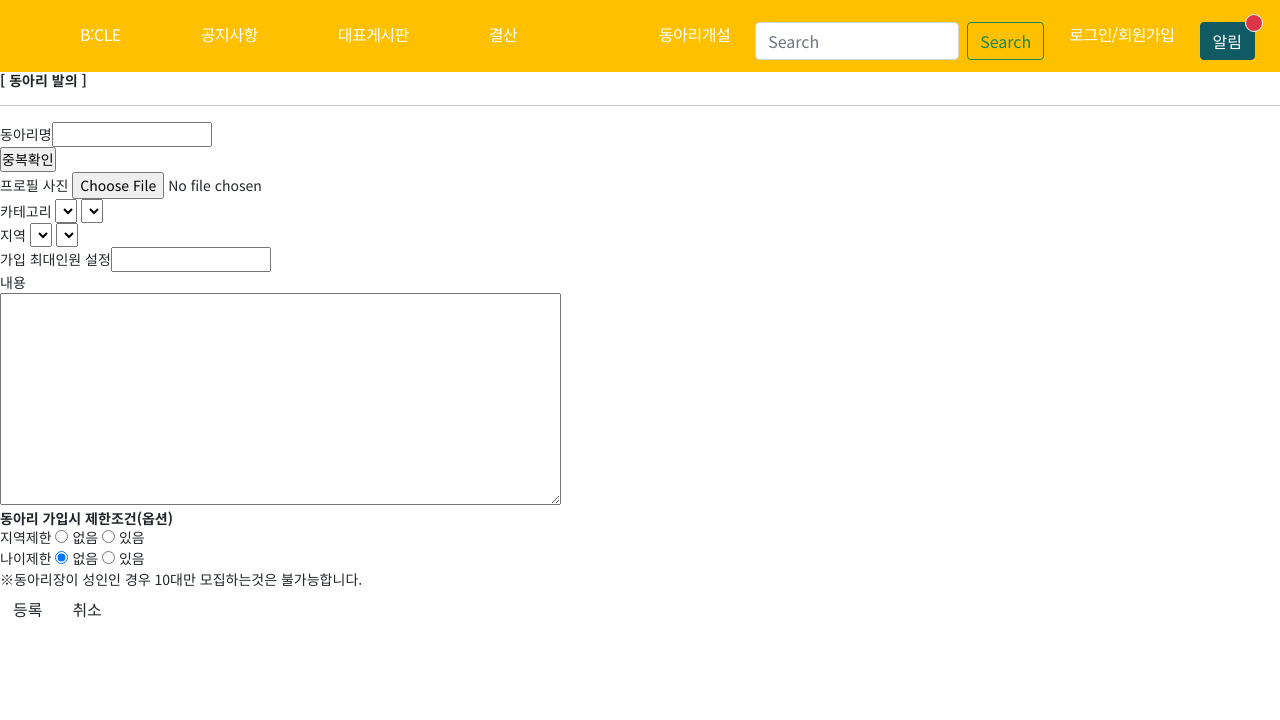
Repository: CHAEYUN7074/SpringProject
Page: http://localhost/viewpages/WEB-INF/view/PreClubUpdateForm.jsp
These files come from the project's save history. The page is drawn as it stood at one moment and after the next save; the edit follows.
The browser window is 1280 px wide. The pictures show the whole page.
Some web fonts or font styles are not loaded; a fallback is used. The page is served by Tomcat 9. Nobody is signed in. Other server files are loaded and not shown. The template is opened directly, without the code that normally fills it, so the values that code supplies are empty.

Above is the page before, as saved 2021-12-27 14:17:59.

### viewpages/WebContent/WEB-INF/view/PreClubUpdateForm.jsp
<%@ page contentType="text/html; charset=UTF-8"%>
<%@ taglib prefix="c" uri="http://java.sun.com/jsp/jstl/core"%>
<%
   request.setCharacterEncoding("UTF-8");
String cp = request.getContextPath();
%>
<!DOCTYPE html>
<html>
<head>
<meta charset="UTF-8">
<title>ClubCreate.jsp</title>
<script type="text/javascript" src="http://code.jquery.com/jquery.min.js"></script>
<script type="text/javascript" src="<%=cp%>/js/jquery-ui.js"></script>
<script type="text/javascript" src="<%=cp%>/js/ajax.js"></script>
<script type="text/javascript">

   $(document).ready(function()
   {
      //카테고리 대분류(category_L_Id)가 변경되었을 경우 수행해야 할 코드 처리
      $("#category_L_Id").change(function()
      {
         //lert($("#category_L_Id").val());

         // Ajax 요청 및 응답 처리
         $.ajax(
         {
            type : "POST"
            ,url : "ajaxcategory.action"
            ,data : {category_L_Id : $("#category_L_Id").val()}
            ,dataType : "json" //{key : vlaue}
            ,success : function(result)
            {
               $("#category_S_Id").children().remove();
               $("#category_S_Id").append("<option value=\"\">선택</option>");

               for(var i=0; i<result.length; i++)
               {
                  $("#category_S_Id").append("<option value=\""+result[i].category_s_id+"\">"+result[i].s_cat+"</option>");
               }
            }
            ,error : function(e)
            {
               alert(e.responseText);
            }
         });
      });

      $("#region_L_Id").change(function()
      {
         //alert('변경');
         //alert($("#region_L_Id").val());

         var category_s_id = '${preopen.category_s_id}';

         $.ajax(
         {
            type : "POST"
            ,url : "ajaxregion.action"
            ,data : {region_L_Id : $("#region_L_Id").val()}
            ,dataType : "json"
            ,success : function(result)
            {
               //alert(result);
               $("#region_S_Id").children().remove();
               $("#region_S_Id").append("<option value=\"\">선택</option>");

               for(var i=0; i<result.length; i++)
               {
                  $("#region_S_Id").append("<option value=\""+result[i].region_s_id+"\">"+result[i].local+"</option>");
               }
            }
            ,error : function(e)
            {
               alert(e.responseText);
            }

          });

      });

   });
      //동아리명 중복 검사

    $(document).ready(function()
   {

      $('.title').focusout(function()  //focusout
      {
         let userTitle = $('.title').val();

         $.ajax({
            url : "checktitle.action" // ①컨트롤러로~
            , type : "POST"
            , data : {userTitle : userTitle}
            , dataType : "json"
            , success : function(result) //Check title에서 여기로 왔다.
            {
               if(result.title == 0){
                  $("#checkTitle").html('이미 동일한 이름의 동아리가 존재합니다.');
                  $("#checkTitle").css('color', 'red');
                  $('#title').val(''); //중복된 내용삭제

               }
               else
               {

                  $("#checkTitle").html('사용할 수 있는 동아리 이름입니다.');
                  $("#checkTitle").css('color', 'green');
               }
            }
            , error : function(e)
            {
               alert(e.responseText); //에러사항 보여주기
            }
         })
      })
   });



 //각 상황별 alert 창 → required로 했는데 클리어하지가 않아서, 각 상황에 맞게 알림창을 띄우기로했다.
   $(document).ready(function()
   {
      $("#submitBtn").click(function()
      {
          if ($.trim($("#title").val()).length == 0)
         {
            alert("동아리명을 입력하세요.");
            $("#title").focus();
            return;
         }

         if ($("#category_L_Id").val() == "")
         {
            alert("카테고리를 선택해주세요");
            $("#category_L_Id").focus();
            return;
         }
         if ($("#category_S_Id").val()== "")
         {
            alert("카테고리를 선택해주세요");
            $("#category_S_Id").focus();
            return;
         }
         if ($("#region_L_Id").val()== "")
         {
            alert("지역을 선택해주세요");
            $("#region_L_Id").focus();
            return;
         }
         if ($("#region_S_ID").val()== "")
         {
            alert("지역을 선택해주세요");
            $("#region_S_ID").focus();
            return;
         }
         if ($("#max").val().length == 0)
         {
            alert("최대 인원을 입력하세요");
            $("#max").focus();
            return;
         }

          if ($("#content").val().length == 0) // 내용 입력하라는 에러 , div id가 content여서
          {
             alert("내용을 입력하세요");
             $("#content").focus();
             return;
          }

         $("#updateForm").submit();
      });
   });

</script>


</head>
<body>
   <!--
ClubCreate.jsp
- 동아리장 - 동아리 개설하기(발의하기)

 -->

   <div class="wrap">
      <!-- 네브 영역 -->
      <div>
         <c:import url="nav.jsp"></c:import>
      </div>
     <!--
     HttpSession session = request.getSession();
     session.setAttribute("id", id);
       -->
      <!-- 콘텐츠 영역 -->
      <div id="contents">
         <h1>[ 동아리 발의 ]</h1>
         <hr>

         <div>
            <form action="preclubupdate.action" method="post" id="updateForm" enctype="multipart/form-data">
               <div>
                  <input type="text" name="cid" value="${preopen.cid}" style="display: none;"> <!-- cid 안보이게 삽입 -->
                  <p>
                  동아리명<input type="text" name="title" id="title" class="title" maxlength='20'  value="${preopen.title }">
                  </p>
                  <input type="button" value="중복확인" id="check">
                  <span id="checkTitle" style="font-size: small;"></span><br>

                  프로필 사진
                  <input type="file" name="url" id="url" value="${preopen.url }">
                  <p>
                  <!--
                     동아리장<input type="text" name="nickname" id="nickname"
                        placeholder="로그인 상태인 사람 여기에 자동 닉네임 뿌려주기" disabled="disabled">
                     개설예정일<input
                        type="text" name="preopendate" id="preopendate"
                        placeholder="자동입력" disabled="disabled">
                         -->
                  </p>
                  <div>
                     카테고리
                     <select id="category_L_Id" name="category_L_Id">
                        <c:forEach var="category" items="${categoryLList }">
                            <option value="${category.category_l_id}"
                            ${preopen.category_l_id == category.category_l_id ? "selected=\"selected\"" : "" }
                             >${category.l_cat}</option>
                        </c:forEach>
                     </select>
                     <select id="category_S_Id" name="category_S_Id">
                        <option value="${preopen.category_s_id}" selected="selected">${preopen.s_cat}</option>
                     </select>
                  </div>


                  <div>

                     지역
                     <select id="region_L_Id" name="region_L_Id">
                        <c:forEach var="region" items="${regionLList }">
                            <option value="${region.region_l_id}"
                            ${preopen.region_l_id == region.region_l_id ? "selected=\"selected\"" : "" }
                             >${region.city}</option>
                        </c:forEach>
                     </select>
                     <select id="region_S_Id" name="region_S_Id">
                        <option value="${preopen.region_s_id}" selected="selected">${preopen.local}</option>
                     </select>
                  </div>

                  <p>
                     가입 최대인원 설정<input type="text" id="max" name="max"  value="${preopen.max}">
                  </p>
                  <div>
                     <p>내용</p>
                     <textarea rows="10" cols="70" id="content" name="content" maxlength='100'>${preopen.content}</textarea>
                  </div>
                  <div>
                     <%-- <c:import url="beePicCreated.jsp"></c:import> --%>
                  </div>

                  <div>
                     <h5>동아리 가입시 제한조건(옵션)</h5>

                     <div>
                        지역제한
                        <input type="radio" name="regionlimit" value="X" id="regionlimitX"
                        ${preopen.limit_id == 'X' ? "checked=\"checked\"" : "" }>
                        <label for="regionlimitX">없음</label>
                        <input type="radio" name="regionlimit" id="regionlimitO" value="O"
                        ${preopen.limit_id == 'O' ? "checked=\"checked\"" : "" } >
                        <label for="regionlimitO">있음</label>
                        <br>
                        나이제한
                        <input type="radio" name="agelimit" id="agelimitX" value="X" checked="checked">
                        <label for="agelimitX">없음</label>
                        <input type="radio" name="agelimit" id="agelimitO"  value="O">
                        <label for="agelimitO">있음</label>
                        <br>※동아리장이 성인인 경우 10대만 모집하는것은 불가능합니다.
                     </div>

                     <div>
                        <button type="button" class="btn" id="submitBtn">등록</button>
                        <button type="button" class="btn" id="cancleBtn" onclick="location.href='mainpage.action'">취소</button>
                     </div>

                  </div>

               </div>
            </form>
         </div>
      </div>

   </div>




</body>
<script type="text/javascript">


</script>
</html>

### viewpages/WebContent/WEB-INF/view/nav.jsp
<%@ page contentType="text/html; charset=UTF-8"%>
<%@ taglib prefix="c" uri="http://java.sun.com/jsp/jstl/core"%>
<%
   request.setCharacterEncoding("UTF-8");
String cp = request.getContextPath();
%>
<!DOCTYPE html>
<html lang="ko">
<head>
<meta charset="UTF-8">
<meta name="viewport" content="width=device-width, initial-scale=1">
<title>B:CLE</title>
<!-- <link rel="stylesheet" href="css/main.css"> -->
<link rel="stylesheet" href="css/font-awesome.min.css">
<link
   href="https://cdn.jsdelivr.net/npm/bootstrap@5.1.3/dist/css/bootstrap.min.css"
   rel="stylesheet"
   integrity="sha384-1BmE4kWBq78iYhFldvKuhfTAU6auU8tT94WrHftjDbrCEXSU1oBoqyl2QvZ6jIW3"
   crossorigin="anonymous">

<style>
@import
   url('https://fonts.googleapis.com/css?family=Exo+2|Noto+Sans+KR&display=swap')
   ;
/*reset*/
* {
   margin: 0;
   padding: 0;
}
body {
   margin: 0;
}
h1, h2, h3, h4, h5, h6, p, ul, ol, li, dl, dt, dd {
   margin: 0;
   padding: 0;
}
h1, h2, h3, h4, h5, h6 {
   font-weight: 700;
   font-size: inherit;
}
a {
   color: inherit;
   text-decoration: inherit;
}
img {
   vertical-align: middle;
}
a img {
   border: none;
}
li {
   list-style: none;
}
address, em, i, ul {
   font-style: normal;
}
.mo {
   display: none;
}
body {
   font-family: 'Noto Sans KR', sans-serif;
   font-size: 14px;
}
header {
   font-family: 'Noto Sans KR', sans-serif;
   letter-spacing: -0.5px;
   background: rgb(255, 192, 0);
   color: white;
   height: 10vh;
   width: 100%;
   position: relative;
   margin-top: -20px;
}
.mainHeader {
   width: 100%;
   margin-top: 20px;
   box-sizing: border-box;
   vertical-align: center;
}
.mainHeader .gnbMo {
   display: none;
}
.mainHeader .gnb {
   float: left;
   margin-left: 80px;
   margin-top: 3vh;
}
.mainHeader .gnb li {
   float: left;
   margin-right: 80px;
}
.mainHeader .gnb li a {
   display: block;
   width: 100%;
   text-align: center;
   color: #fff;
   font-size: 16px;
   text-decoration-line: none;
}
.mainHeader .gnb li a:hover, .mainHeader .gnb li a:focus {
   color: #ff8342;
}
.mainHeader .tnb {
   float: right;
   margin-top: 3vh;
}
.mainHeader .tnb li {
   float: left;
   margin-right: 25px;
}
.mainHeader .tnb li a {
   display: block;
   width: 100%;
   text-align: center;
   font-size: 16px;
   color: #fff;
   text-decoration-line: none;
}
.mainHeader .tnb li:nth-child(1) a i, .mainHeader .tnb li:nth-child(2) a i
   {
   font-size: 20px;
   margin-right: 8px;
}
.mainHeader .tnb li:last-child a {
   display: block;
   width: 105px;
   line-height: 2;
   border: 1px solid #fff;
   border-radius: 30px;
   margin-top: 35px;
}
.mainHeader .tnb li:last-child a i {
   margin-left: 5px;
}
.mainHeader .tnb li:last-child a:hover {
   background: #fff;
   color: #ff8342;
   transition: all 0.3s;
}
.btn-primary {
    color: #fff;
    background-color: #105b63;
    border-color: #105b63;
}


.box {
    width: 30px;
    height: 30px;
    border-radius: 70%;
    overflow: hidden;
}
.profile {
    width: 100%;
    height: 100%;
    object-fit: cover;
}

</style>


</head>
<body>

   <c:choose>
      <c:when test="${!empty id }">
         <header>
            <div class="mainHeader">
               <nav class="gnb">
                  <ul>
                     <li><a href="mainpage.action">B:CLE</a></li>
                     <li><a href="mainnoticelist.action">공지사항</a></li>
                     <li><a href="mainfreeboardlist.action">대표게시판</a></li>
                     <li><a href="mainaccount.action">결산</a></li>
                  </ul>
               </nav>
               <nav class="tnb">
                  <ul>

                     <li><a href="clubinsertform.action">동아리개설</a></li>

                     <li>
                        <form class="d-flex">
                           <input class="form-control me-2" type="search"
                              placeholder="Search" aria-label="Search">
                           <button class="btn btn-outline-success" type="submit">Search</button>
                        </form>
                     </li>



                     <!-- 값을 넘겨보려 시도했는데 실패...ㅠ 다시 해볼게요 - 현정 -->
                     <li><a href="#">마이페이지</a></li>
                     <li><a href="logout.action"></i>로그아웃</a></li>
                         <li><button type="button"
                              class="btn btn-primary position-relative">
                              알림 <span
                                 class="position-absolute top-0 start-100 translate-middle p-2 bg-danger border border-light rounded-circle">
                                 <span class="visually-hidden">New alerts</span>
                              </span>
                             </button></li>
                  </ul>
               </nav>
               <nav class="gnbMo">
                  <a href="#"><i class="fa fa-bars" aria-hidden="true"></i></a>
               </nav>
            </div>
         </header>
      </c:when>
      <c:otherwise>
         <header>
            <div class="mainHeader">
               <nav class="gnb">
                  <ul>
                     <li><a href="mainpage.action">B:CLE</a></li>
                     <li><a href="mainnoticelist.action">공지사항</a></li>
                     <li><a href="mainfreeboardlist.action">대표게시판</a></li>
                     <li><a href="mainaccount.action">결산</a></li>
                  </ul>
               </nav>
               <nav class="tnb">
                  <ul>

                     <li><a href="#">동아리개설</a></li>

                     <li>
                        <form class="d-flex">
                           <input class="form-control me-2" type="search"
                              placeholder="Search" aria-label="Search">
                           <button class="btn btn-outline-success" type="submit">Search</button>
                        </form>
                     </li>




                     <li><a href="loginpage.action"></i>로그인/회원가입</a></li>
                     <li><button type="button"
                           class="btn btn-primary position-relative">
                           알림 <span
                              class="position-absolute top-0 start-100 translate-middle p-2 bg-danger border border-light rounded-circle">
                              <span class="visually-hidden">New alerts</span>
                           </span>
                        </button></li>
                  </ul>
               </nav>
               <nav class="gnbMo">
                  <a href="#"><i class="fa fa-bars" aria-hidden="true"></i></a>
               </nav>
            </div>
         </header>
      </c:otherwise>
   </c:choose>
   <!--header-->




</body>
</html>

<!-- 검색부분에 쓸 부트스트랩 -->
<!--       <form class="d-flex">
        <input class="form-control me-2" type="search" placeholder="Search" aria-label="Search">
        <button class="btn btn-outline-success" type="submit">Search</button>
      </form> -->

### viewpages/WebContent/css/mainpage.css
@charset "utf-8";
@import url('https://fonts.googleapis.com/css?family=Exo+2|Noto+Sans+KR&display=swap');
/*reset*/
* {margin: 0;padding: 0;}
body {margin: 0;}
h1, h2, h3, h4, h5, h6, p, ul, ol, li, dl, dt, dd {margin: 0; padding: 0;}
h1, h2, h3, h4, h5, h6 {font-weight: 700; font-size: inherit;}
a {color: inherit; text-decoration: inherit;}
img {vertical-align: middle;}
a img {border: none;}
li {list-style: none;}
address, em, i, ul {font-style: normal;}

/*layout*/
.mo {display: none;}
.en {font-family: 'Exo 2', sans-serif;}
body {font-family: 'Noto Sans KR', sans-serif; font-size: 14px;}
.wrap {margin: 0 auto; }


/*section .title*/

section .title {color: #000; text-align: center;}
section .title h2 {font-size: 45px; margin-bottom: 5px; font-weight: normal;}
section .title h2 span {color:#ff8342; }
section .title p {font-size: 18px; color: #555;}


/*section.about*/
section.about {background: #fff; padding: 80px 0;}
section.about ul {color: #555; font-family: 'Noto Sans KR', sans-serif; margin: 30px auto; height:60vh; width: 1400px; border-bottom: 1px solid #ddd; overflow: hidden; }
section.about ul li {float:left; width: 33.3333%; }
section.about ul li a{display: block; width: 100%; height: 100%; text-decoration : none;}
section.about ul li a p.clubpic {width: 100%;overflow: hidden; }
section.about ul li a p.clubpic img {width: 100%; height: auto; transition: all .8s;}
section.about ul li a:hover p.clubpic img,section.about ul li a:focus p.img img {transform: scale(1.2); transition: all 1s;}
section.about ul li a .text {color: #555; padding: 30px;}
section.about ul li a .text h3 {font-size: 20px; margin-bottom: 10px;}
section.about ul li a .text p {font-size: 16px; margin-bottom: 10px;}
section.about ul li a .text p.more {text-transform: uppercase; font-weight: bold; padding-left: 40px; position: relative;}
section.about ul li a .text p.more:before {content: '\f178'; font-family:FontAwesome; font-size: 15px; width: 30px; height: 30px; line-height: 30px; background:#ff8342; position: absolute; left: 0;display: block;  border-radius: 50%;}

/*section.find*/
section.find {margin-bottom: 35vh; }
section.find .imgBox {width: 1400px; height: 10px; position: relative;}
section.find .imgBox .inner {background: #3a3c4e; width: 80%; position: absolute; left: 25vh; margin-top:2vh; margin-bottom:2vh; border-radius: 30px;}
section.find .imgBox .inner h3 {background: #000; padding: 25px 45px; box-sizing: border-box; font-size: 18px;}
section.find .imgBox .inner h3 span {color:#ff8342;}
section.find .imgBox .inner .bottom {font-family: 'Noto Sans KR', sans-serif; padding: 35px 85px; box-sizing: border-box; color: #fff; overflow: hidden; line-height: 1.6;}
section.find .imgBox .inner .bottom p {float: left;}
section.find .imgBox .inner .bottom a {color: #fff; text-decoration-line : none; float: right; margin-right: 20px;   padding: 7px 30px; background: #ff8342; border-radius: 50px;}
section.find .imgBox .inner .bottom a:hover,section.find .imgBox .inner .bottom a:focus {background: #f86010;}
section.find .map {margin-left: 0px;}

/*section.join*/
section.join {margin-bottom: 150px; padding: 80px 0; background: url(../images/health.png)no-repeat center/cover;}
section.join ul.title {width: 1400px; margin: 50px auto; border-top: 2px solid #000; border-bottom: 2px solid #000;}
section.join ul.list > li {padding: 30px 60px; box-sizing: border-box;}
section.join ul.list > li:nth-child(1) {border-bottom: 1px solid #ddd;}
section.join ul.list li h3 {font-size: 18px; margin-bottom: 20px; position: relative;}
section.join ul.list li h3 span {position: absolute; left: -35px; color:#ff8342; }
section.join ul.list li > p {line-height: 1.6; margin-bottom: 20px;}
section.join ul.list li > a {display:inline-block; font-weight: bold; font-size: 16px;line-height: 1.6; }
section.join ul.list li > a span {color:#ff8342; font-weight: bold; margin-left: 3px; font-size: 14px; }
section.join ul.in {margin-bottom: 30px;}
section.join ul.in li {margin-bottom: 10px; overflow: hidden;}
section.join ul.in li em {float: left; width: 12%;  font-weight: bold;}
section.join ul.in li p {float: left; width: 88%; position: relative;}
section.join ul.in li p:before { content:''; position: absolute; left: -40px; top:10px; width: 4px; height: 4px; border-radius: 50%; background:#ff8342; }
section.join button {display: block; width: 280px; background:#ff8342; border:none; padding: 10px 0; font-weight: bold; text-align: center; margin: auto; border-radius: 50px; color: #fff;}

/*section.timeup*/
section.timeup {margin-bottom: 50vh; height : 60vh;}
section.timeup h2{margin-top : 10vh;}
section.timeup ul {width: 1400px; margin: 60px auto; overflow: hidden;}
section.timeup ul li {float: left; width: 32%; margin-right: 1%;}
section.timeup ul li:last-child {margin-right: 0;}
section.timeup ul li a {display: block; width: 100%; height: 80%;}
section.timeup ul li a p.clubpic {overflow: hidden; position: relative;}
section.timeup ul li a p.clubpic:before {content: ''; width: 0%; height: 100%; position: absolute; left: 0; top:0; background: rgba(255, 131, 66, 0.9); transition: all 0.5s;}
section.timeup ul li a p.clubpic img {width: 100%;}
section.timeup ul li a:hover p.clubpic:before,section.sns ul li a:focus p.clubpic:before {width: 100%; transition: all 0.6s;}
section.timeup ul li a p.clubpic:after {content: '함께하기'; position: absolute; left:50%; top:50%; transform: translate(-50%,-50%); font-family: 'Exo 2', sans-serif; font-size: 15px; color: #fff; border: 1px solid #fff; border-radius: 40px; padding: 5px 30px; opacity: 0; transition: all 0.5s;}
section.timeup ul li a:hover p.clubpic:after,section.sns ul li a:focus p.clubpic:after {opacity: 1; transition: all 0.5s;}
section.timeup ul li a .bottom {color:  #555; font-family: 'Noto Sans KR', sans-serif; width: 100%; padding: 20px 0 20px 30px; box-sizing: border-box;}
section.timeup ul li a .bottom p {font-size: 18px; font-weight: bold;}
section.timeup ul li a .bottom p.color {text-decoration-line : none; color: #ff8342; font-size: 15px; font-weight: normal;}
section.timeup ul li a .bottom p.time {text-decoration-line : none; color: #999; font-size: 15px; font-weight: normal; padding-left: 20px; margin-top: 30px; position: relative;}
section.timeup ul li a .bottom p.time:before {content:' \f017'; font-family: FontAwesome; font-size: 15px; line-height: 30px; position: absolute; left: 0; top:-3px;}
section.timeup button {display: block; width: 280px; background:#ff8342; border:none; padding: 10px 0; font-weight: bold; text-align: center; margin: auto; border-radius: 50px; color: #fff;}
section.a {text-decoration : none;}



.cate {

   margin-left : 30vh;
   margin-right : 30vh;
   margin-bottom : 10vh;
   text-align : center;
}
.cate img {width : 100%; height : 100%;}





section.search h2 {margin-left : 85vh;}
section.search .input-group {margin-left : 80vh; margin-top : 5vh;  width : 50vh;}

button {border:none;}
button:active {  outline: none;   box-shadow: none; }

Loaded but not shown: viewpages/WebContent/js/jquery-ui.js (library); viewpages/WebContent/js/ajax.js (47 lines, source omitted)

After the next save:
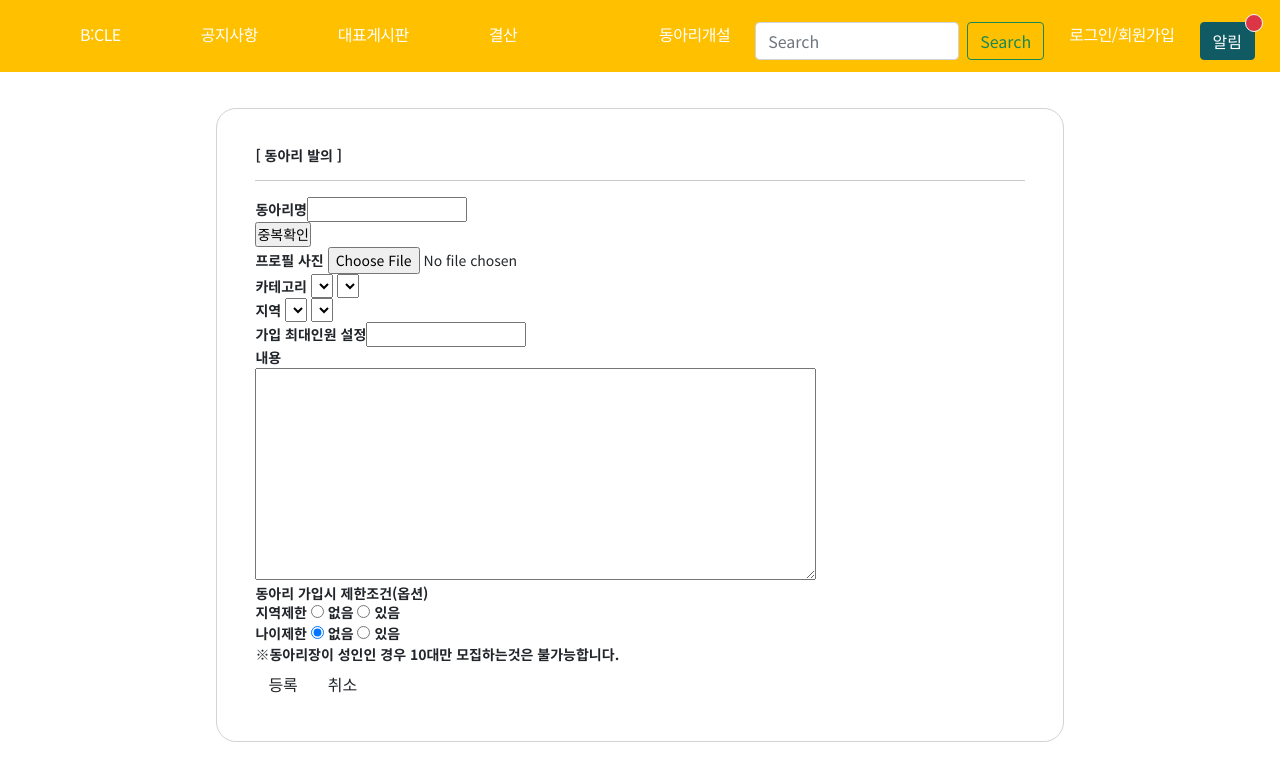
Saved 2 min 1 s later.
--- a/viewpages/WebContent/WEB-INF/view/PreClubUpdateForm.jsp
+++ b/viewpages/WebContent/WEB-INF/view/PreClubUpdateForm.jsp
@@ -9,6 +9,22 @@ String cp = request.getContextPath();
 <head>
 <meta charset="UTF-8">
 <title>ClubCreate.jsp</title>
+<link rel="stylesheet" href="css/mainpage.css">
+<style type="text/css">
+#contents {
+   margin : 5vh 30vh 5vh 30vh;
+   padding : 3%;
+   border : 1px solid lightgray;
+   border-radius : 20px;
+   font-family: 'Noto Sans KR', sans-serif;
+   font-weight:bold;
+}
+
+
+
+</style>
+
+
 <script type="text/javascript" src="http://code.jquery.com/jquery.min.js"></script>
 <script type="text/javascript" src="<%=cp%>/js/jquery-ui.js"></script>
 <script type="text/javascript" src="<%=cp%>/js/ajax.js"></script>
